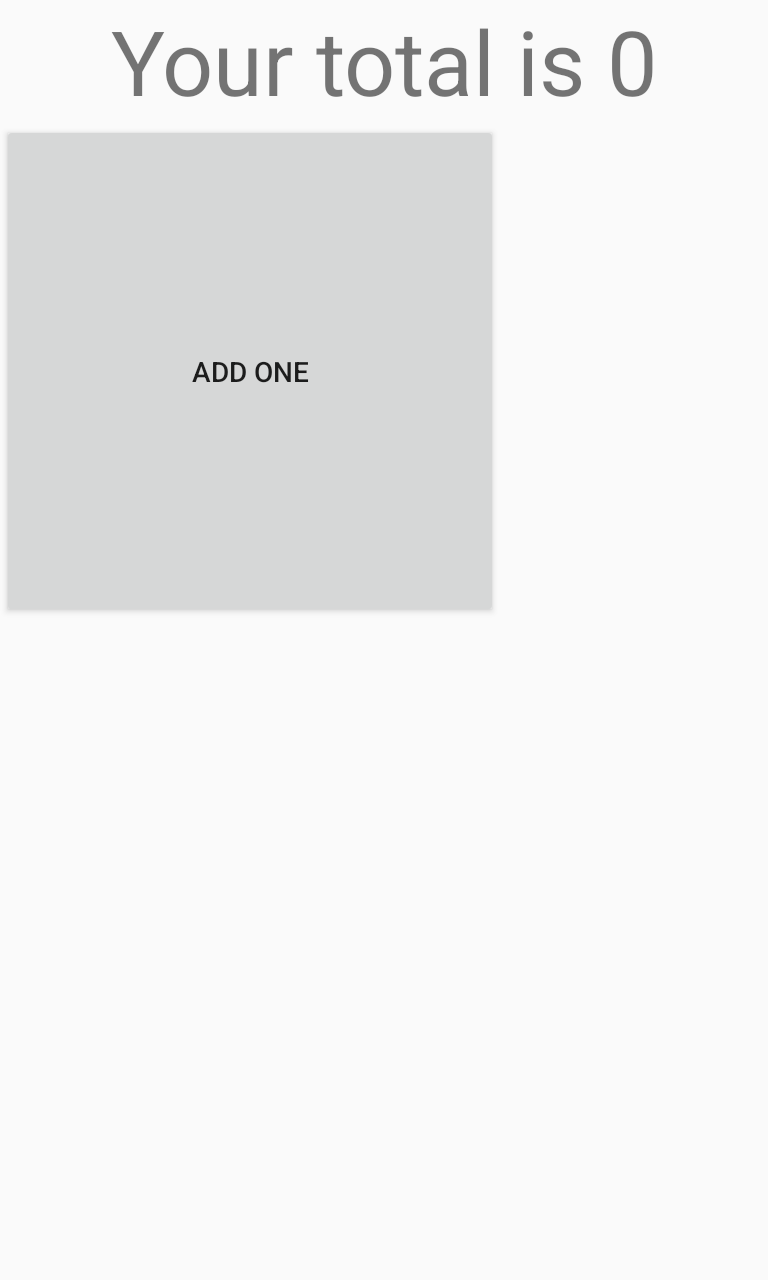
Repository: sumansourabh26/everyday_codes
Layout: android/TheNewBoston/res/layout/activity_starting_point.xml
These files come from the project's save history. The layout is drawn as it stood at one moment and after the next save; the edit follows.
It is drawn on a 768 x 1280 px phone screen (xhdpi) without system bars, with theme AppTheme; the app's code is not run.

Above is the layout before, as saved 2014-06-17 17:24:26.

### android/TheNewBoston/res/layout/activity_starting_point.xml
<LinearLayout xmlns:android="http://schemas.android.com/apk/res/android"
    xmlns:tools="http://schemas.android.com/tools"
    android:orientation="vertical"
    android:layout_width="fill_parent"
    android:layout_height="fill_parent"

    tools:context=".StartingPoint" >

    <TextView
        android:layout_width="fill_parent"
        android:layout_height="wrap_content"
        android:text="Your total is 0"
        android:textSize="45dp"
        android:layout_gravity="center"
        android:gravity="center"
        />
    <Button
        android:layout_width="250dp"
        android:layout_height="250dp"
        android:text="Add One"

        />

</LinearLayout>

Loaded but not shown: android/TheNewBoston/res/values/styles.xml (common file); android/TheNewBoston/res/values-v11/styles.xml (common file); android/TheNewBoston/res/values-v14/styles.xml (common file)

After the next save:
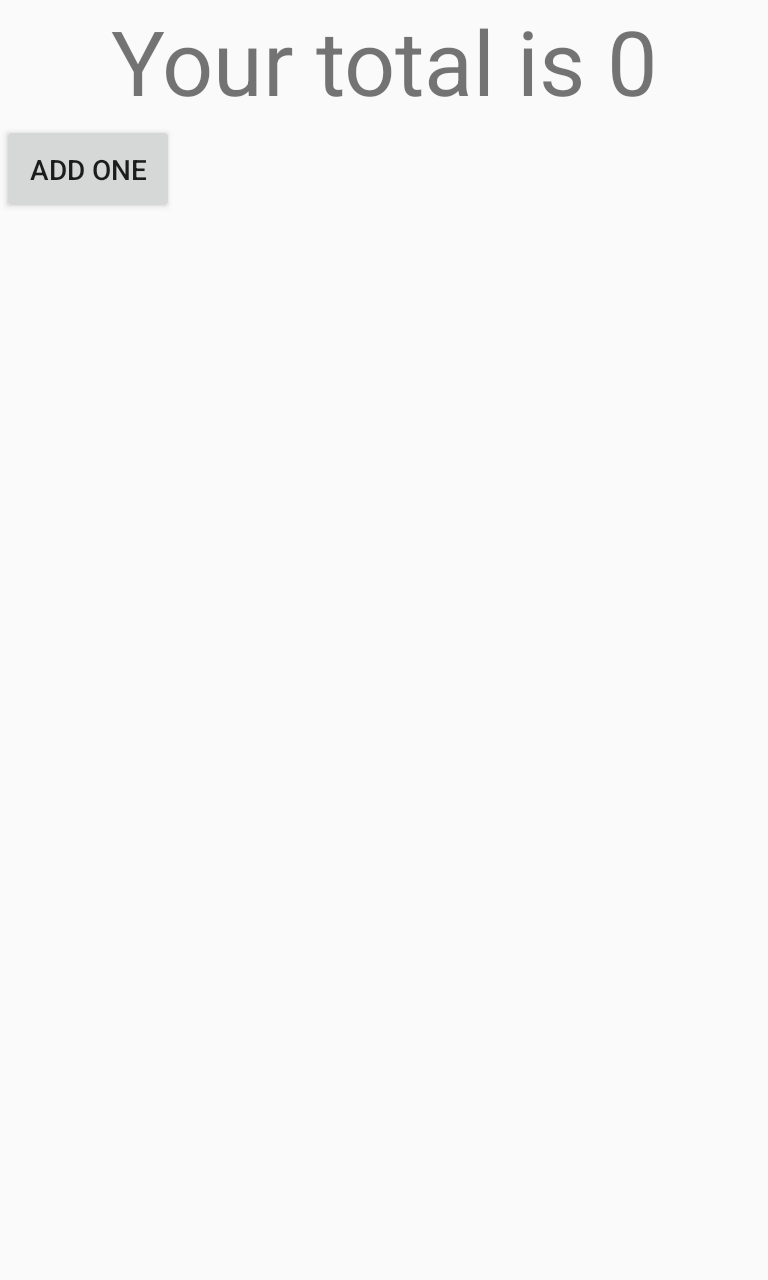
Saved 30 s later.
--- a/android/TheNewBoston/res/layout/activity_starting_point.xml
+++ b/android/TheNewBoston/res/layout/activity_starting_point.xml
@@ -15,8 +15,8 @@
         android:gravity="center"
         />
     <Button
-        android:layout_width="250dp"
-        android:layout_height="250dp"
+        android:layout_width="wrap_content"
+        android:layout_height="wrap_content"
         android:text="Add One"
 
         />
